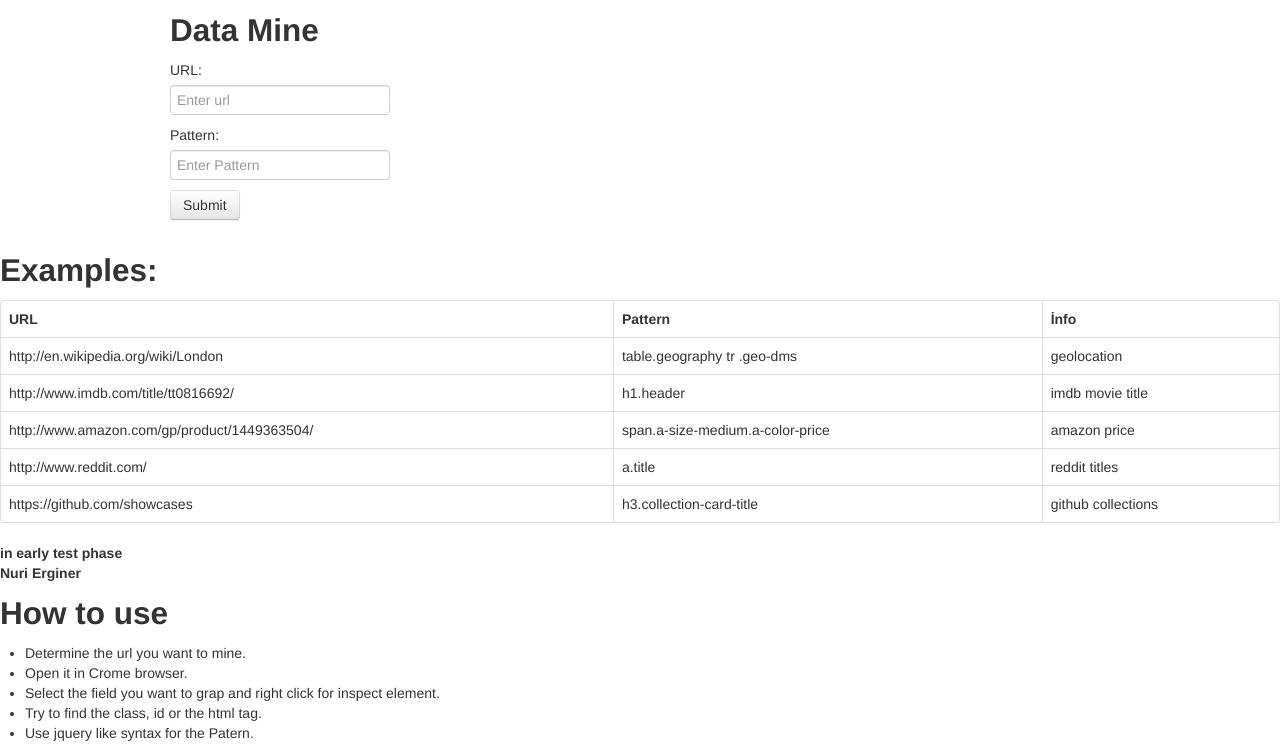
Repository: nerginer/datamine
Page: client/index.html
The author's editor kept a record of every edit. The page is drawn from the files as they stood at one moment, then again after the next edit.
The browser window is 1280 px wide. The pictures show the whole page.

Above is the page before.

### client/index.html
<!DOCTYPE html>
<html>
<head>
<meta charset="utf-8" />
<title>Data Mine</title>
<link rel="stylesheet" type="text/css" href="css/bootstrap.min.css">
</head>
<body>


<div class="container">
      <h2>Data Mine</h2>
       <form action="/" method="post">
        <div class="form-group">
          <label for="text">URL:</label>
          <input type="text" class="form-control" name="URL" placeholder="Enter url">
        </div>
        <div class="form-group">
          <label for="text">Pattern:</label>
          <input type="text" class="form-control" name="Pattern" placeholder="Enter Pattern">
        </div>

        <button type="submit" class="btn btn-default">Submit</button>
      </form>
</div>




            <h2>Examples:</h2>








<table class="table table-bordered">
  <tr>
    <th>URL</th>
    <th>Pattern</th>
    <th>İnfo</th>
  </tr>
  <tr>
    <td>http://en.wikipedia.org/wiki/London</td>
    <td>table.geography tr .geo-dms</td>
    <td>geolocation</td>
  </tr>
  <tr>
    <td>http://www.imdb.com/title/tt0816692/</td>
    <td>h1.header</td>
    <td>imdb movie title</td>
  </tr>
  <tr>
    <td>http://www.amazon.com/gp/product/1449363504/</td>
    <td>span.a-size-medium.a-color-price</td>
    <td>amazon price</td>
  </tr>
  <tr>
    <td>http://www.reddit.com/</td>
    <td>a.title</td>
    <td>reddit titles</td>
  </tr>
    <tr>
    <td>https://github.com/showcases</td>
    <td>h3.collection-card-title</td>
    <td>github collections</td>
  </tr>
</table>


<h5>in early test phase <br>
Nuri Erginer</h5>

<h2>How to use</h2>
<ul>
  <li>Determine the url you want to mine.</li>
  <li>Open it in Crome browser.</li>
  <li>Select the field you want to grap and right click for inspect element.</li>
  <li>Try to find the class, id or the html tag.</li>
  <li>  Use jquery like syntax for the Patern.</li>
</ul>



</body>
</html>

Loaded but not shown: client/css/bootstrap.min.css (library)

After the next edit:
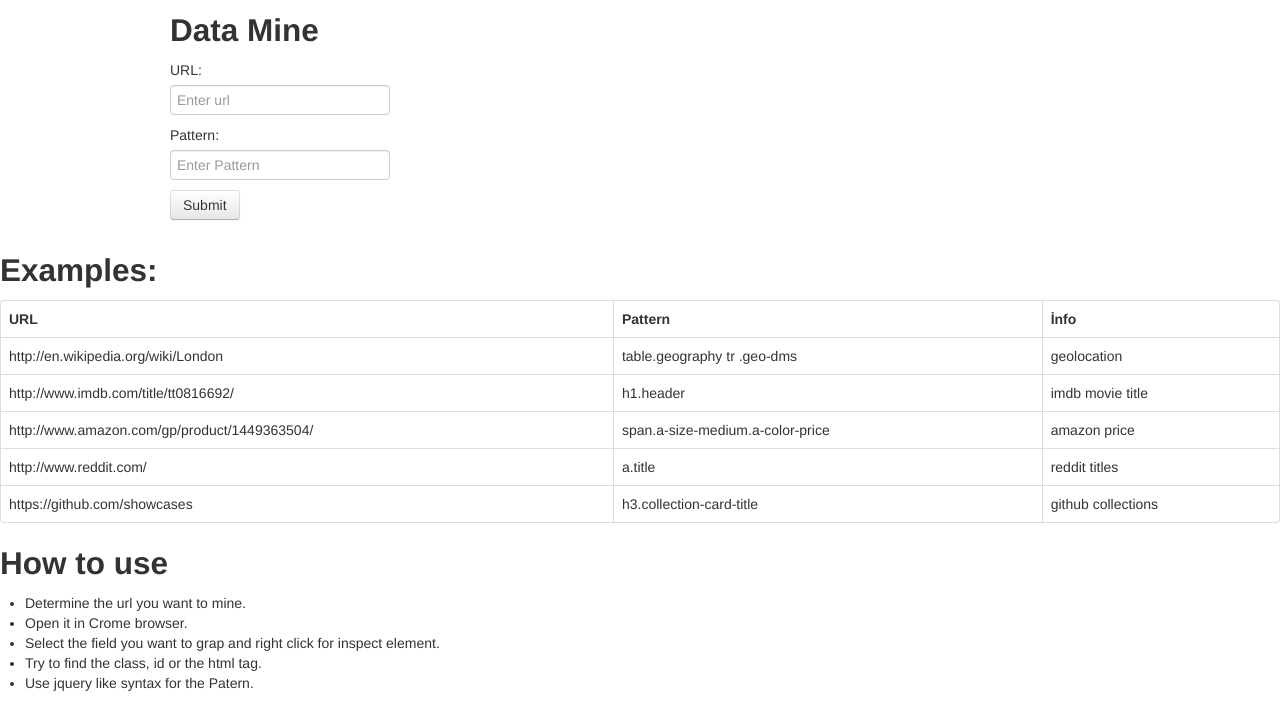
The edit:
--- a/client/index.html
+++ b/client/index.html
@@ -70,8 +70,7 @@
 </table>
 
 
-<h5>in early test phase <br>
-Nuri Erginer</h5>
+
 
 <h2>How to use</h2>
 <ul>
